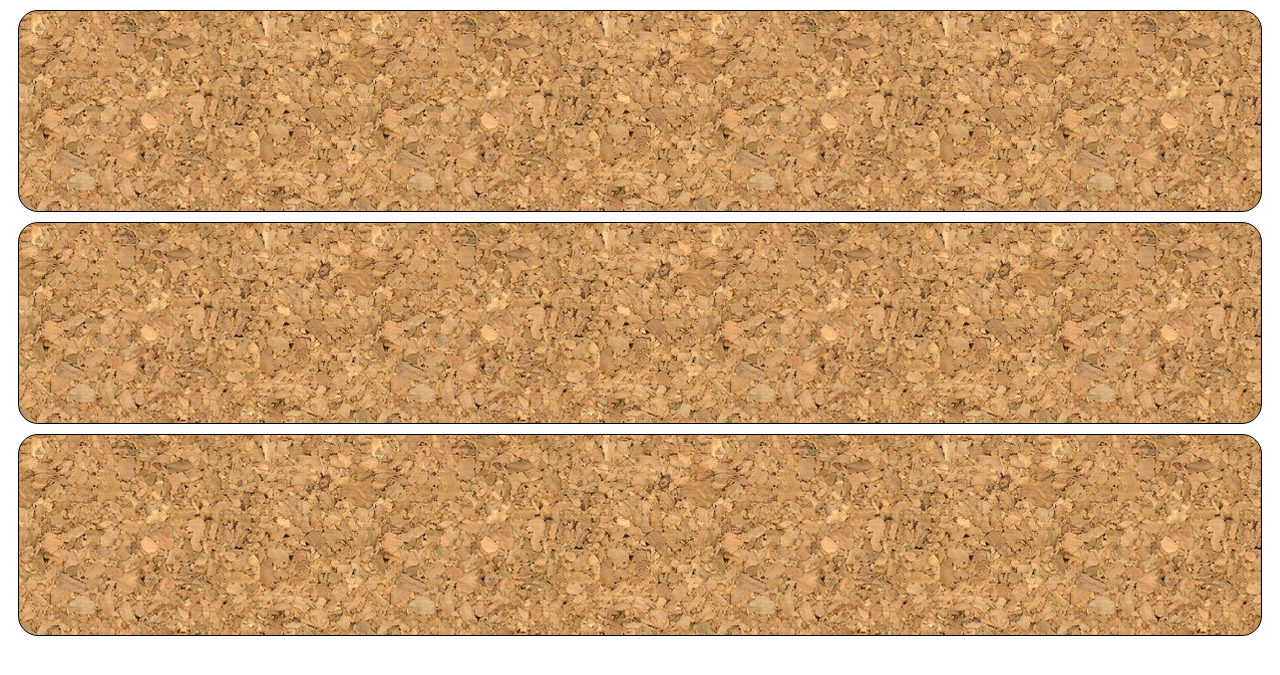
Repository: gustavotwist/html-css
Page: ex22/fundo02.html
These files come from the project's save history. The page is drawn as it stood at one moment and after the next save; the edit follows.
The browser window is 1280 px wide. The pictures show the whole page.

Above is the page before, as saved 2024-04-10 22:45:20.

After the next save:
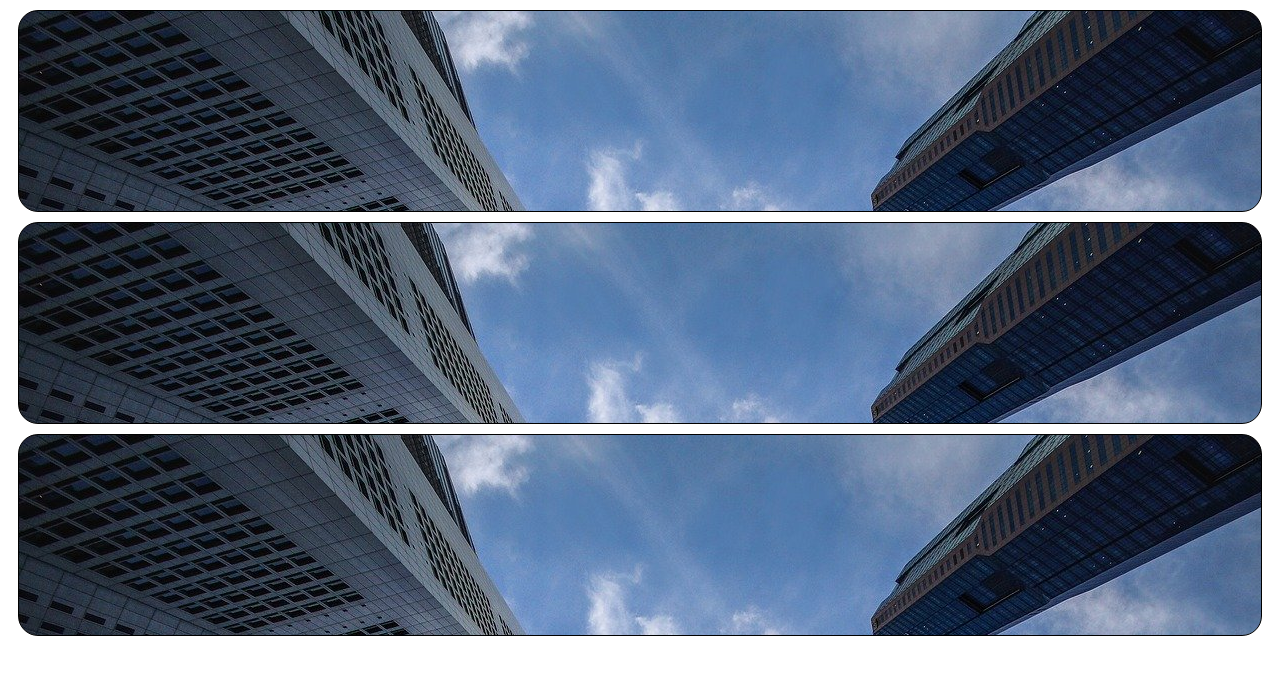
Saved 38 s later.
--- a/ex22/fundo02.html
+++ b/ex22/fundo02.html
@@ -6,7 +6,7 @@
     <title>Posição dos Fundos</title>
     <style>
         div.bloco {
-            background-image:url('imagens/wallpaper001.jpg');
+            background-image:url('imagens/wallpaper002.jpg');
             height: 200px;
             border: 1px solid black;
             border-radius: 20px;
